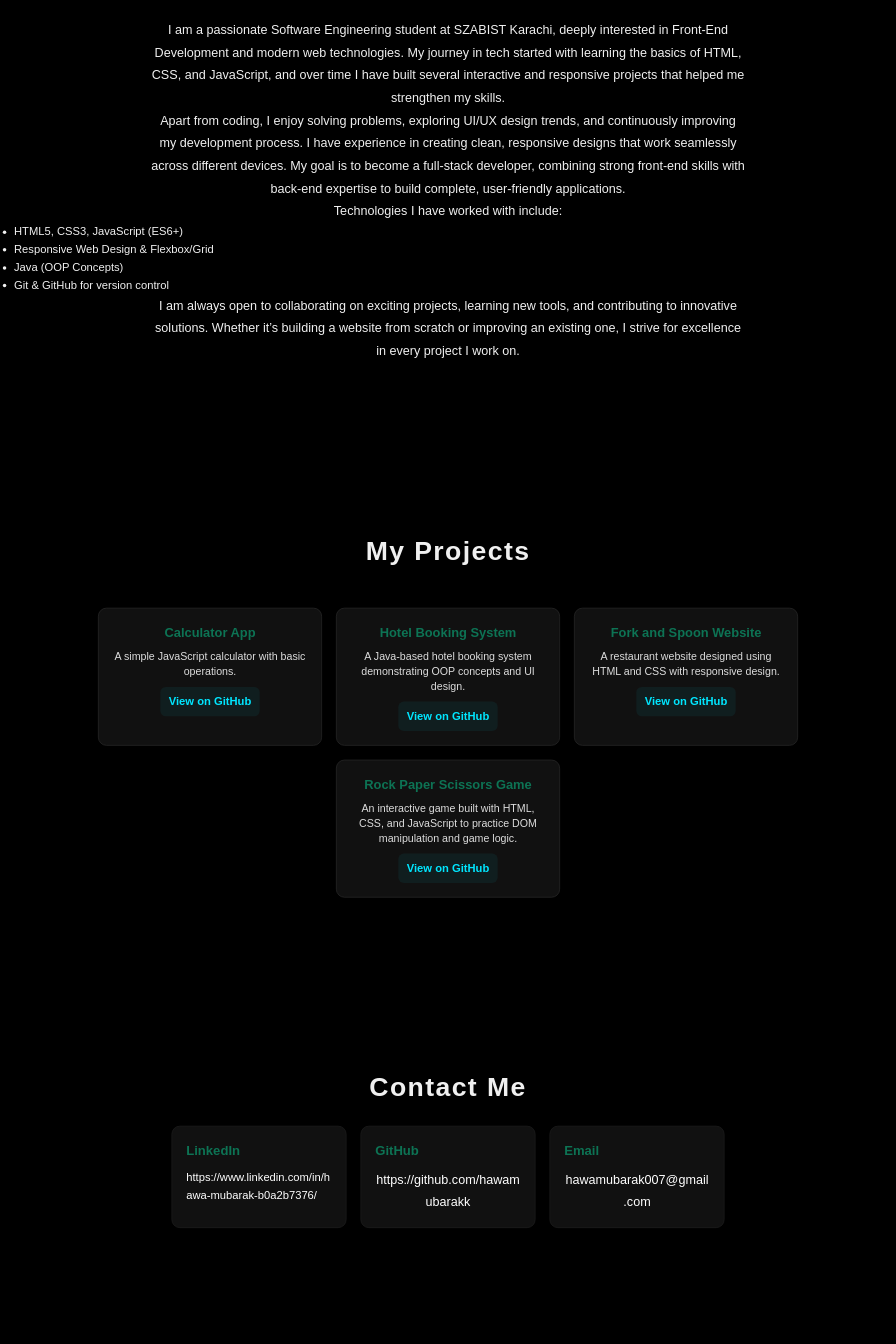
Repository: hawamubarakk/my-portfolio
Page: index.html
An editor plug-in stored every save of this project. The page is shown before and after the next save, followed by the edit.
The browser window is 1280 px wide. The pictures show the part of the page from y = 965 to 2885 px (the page is 3088 px tall before and 2991 px after), at 70% of full size.

Above is the page before, as saved 2025-08-12 18:24:14.

### index.html
<!DOCTYPE html>
<html lang="en">
<head>
    <meta charset="UTF-8">
    <meta name="viewport" content="width=device-width, initial-scale=1.0">
    <title>Hawa Mubarak - Portfolio</title>
    <link rel="stylesheet" href="css/style.css">
</head>
<body>
    <!-- Navbar -->
    <header>
        <nav>
            <ul class="navbar">
                <li><a href="#home">Home</a></li>
                <li><a href="#about">About</a></li>
                <li><a href="#projects">Projects</a></li>
                <li><a href="#contact">Contact</a></li>
            </ul>
        </nav>
    </header>

    <!-- Hero Section -->
    <section id="home" class="hero">
        <div class="hero-content">
            <h1>Welcome to My Portfolio</h1>
            <p>Hi, I'm <span>Hawa Mubarak</span> — a Software Engineering Student passionate about Front-End Development and modern web design.</p>
        </div>
    </section>

    <!-- About Section -->
    <section id="about" class="section">
        <h2>About Me</h2>
        <p>
            I am a passionate Software Engineering student at SZABIST Karachi, deeply interested in Front-End Development and modern web technologies.
            My journey in tech started with learning the basics of HTML, CSS, and JavaScript, and over time I have built several interactive and responsive projects
            that helped me strengthen my skills.
        </p>
        <p>
            Apart from coding, I enjoy solving problems, exploring UI/UX design trends, and continuously improving my development process.
            I have experience in creating clean, responsive designs that work seamlessly across different devices.
            My goal is to become a full-stack developer, combining strong front-end skills with back-end expertise to build complete, user-friendly applications.
        </p>
        <p>
            Technologies I have worked with include:
            <ul>
                <li>HTML5, CSS3, JavaScript (ES6+)</li>
                <li>Responsive Web Design & Flexbox/Grid</li>
                <li>Java (OOP Concepts)</li>
                <li>Git & GitHub for version control</li>
            </ul>
        </p>
        <p>
            I am always open to collaborating on exciting projects, learning new tools, and contributing to innovative solutions.
            Whether it’s building a website from scratch or improving an existing one, I strive for excellence in every project I work on.
        </p>
    </section>

    <!-- Projects Section -->
    <section id="projects" class="section">
        <h2 class="projects-heading">My Projects</h2>

        <div class="projects-grid">
          <div class="project">
            <h3>Calculator App</h3>
            <p>A simple JavaScript calculator with basic operations.</p>
            <a href="https://github.com/hawamubarakk/Calculator" target="_blank" rel="noopener">View on GitHub</a>
          </div>

          <div class="project">
            <h3>Hotel Booking System</h3>
            <p>A Java-based hotel booking system demonstrating OOP concepts and UI design.</p>
            <a href="https://github.com/hawamubarakk/HotelBooking-System" target="_blank" rel="noopener">View on GitHub</a>
          </div>

          <div class="project">
            <h3>Fork and Spoon Website</h3>
            <p>A restaurant website designed using HTML and CSS with responsive design.</p>
            <a href="https://github.com/hawamubarakk/fork-and-spoon" target="_blank" rel="noopener">View on GitHub</a>
          </div>

          <div class="project">
            <h3>Rock Paper Scissors Game</h3>
            <p>An interactive game built with HTML, CSS, and JavaScript to practice DOM manipulation and game logic.</p>
            <a href="https://github.com/hawamubarakk/rock-paper-scissors" target="_blank" rel="noopener">View on GitHub</a>
          </div>
        </div>
      </section>

    <!-- Contact Section -->
    <section id="contact" class="section contact-section">
        <h2>Contact Me</h2>
        <div class="contact-boxes">
            <div class="contact-box">
                <h3>LinkedIn</h3>
                <a href="https://www.linkedin.com/in/hawa-mubarak-b0a2b7376/" target="_blank" rel="noopener">https://www.linkedin.com/in/hawa-mubarak-b0a2b7376/</a>
            </div>
            <div class="contact-box">
                <h3>GitHub</h3>
                <p><a href="https://github.com/hawamubarakk" target="_blank" rel="noopener">https://github.com/hawamubarakk</a></p>
            </div>
            <div class="contact-box">
                <h3>Email</h3>
                <p><a href="mailto:hawamubarak007@gmail.com">hawamubarak007@gmail.com</a></p>
            </div>
        </div>
    </section>

</body>
</html>

### css/style.css
/* General Reset */
* {
    margin: 0;
    padding: 0;
    box-sizing: border-box;
}

body {
    font-family: Arial, sans-serif;
    background-color: black;
    color: white;
    line-height: 1.6;
}

/* Navbar */
header {
    background: linear-gradient(90deg, #0d7354, #11997a);
    position: sticky;
    top: 0;
    z-index: 1000;
    box-shadow: 0 2px 6px rgba(0, 0, 0, 0.4);
}

.navbar {
    display: flex;
    justify-content: center;
    gap: 50px;
    list-style: none;
    padding: 18px 0;
}

.navbar li a {
    color: #f0f0f0;
    font-size: 19px;
    font-weight: bold;
    text-decoration: none;
    padding: 10px 18px;
    border-radius: 6px;
    transition: all 0.3s ease;
}

.navbar li a:hover {
    background-color: white;
    color: #0d7354;
}

/* Hero Section */
.hero {
    height: 100vh;
    background: linear-gradient(rgba(0,0,0,0.7), rgba(0,0,0,0.7)), center/cover no-repeat;
    display: flex;
    justify-content: center;
    align-items: center;
    text-align: center;
    padding: 20px;
}

.hero h1 {
    font-size: 52px;
    margin-bottom: 20px;
}

.hero p {
    font-size: 21px;
}

.hero span {
    color: #0d7354;
}

/* Section Styling */
.section {
    padding: 120px 20px; /* zyada space for bigger look */
    min-height: 100vh;
    background-color: #000;
    color: #f0f0f0;
}

.section h2 {
    font-size: 38px;
    margin-bottom: 25px;
    text-align: center;
    text-transform: none;
    letter-spacing: 2px;
}

.section p {
    font-size: 18px;
    line-height: 1.8;
    max-width: 850px;
    margin: auto;
    text-align: center;
}

/* Contact & Project Boxes */
.contact-boxes, .project-boxes {
    display: flex;
    justify-content: center;
    gap: 20px;
    flex-wrap: wrap;
    margin-top: 20px;
}

.contact-box, .project-box {
    background: #111;
    padding: 20px;
    width: 250px;
    border-radius: 12px;
    border: 1px solid #1f1f1f;
    transition: transform 0.3s ease, background 0.3s ease;
}

.contact-box h3, .project-box h3 {
    margin-bottom: 10px;
    color: #0d7354;
}

.contact-box a, .project-box a {
    color: white;
    text-decoration: none;
    display: block;
    word-wrap: break-word;
}

.contact-box a:hover, .project-box a:hover {
    color: #0d7354;
}

/* Projects Grid */
.projects-grid {
    display: flex;
    flex-wrap: wrap;
    gap: 20px;
    justify-content: center;
    margin-top: 20px;
}

.project {
    background: #111;
    border: 1px solid #2a2a2a;
    width: 320px;
    padding: 20px;
    border-radius: 12px;
    box-shadow: 0 6px 18px rgba(0,0,0,0.6);
    transition: transform 0.25s ease, box-shadow 0.25s ease, background 0.25s ease;
    text-align: center;
}

.project:hover {
    transform: translateY(-8px);
    box-shadow: 0 18px 40px rgba(0,0,0,0.7);
    background: linear-gradient(180deg, #111, #1b1b1b);
}

.project h3 {
    margin: 0 0 8px 0;
    color: #0d7354;
    font-size: 1.15rem;
}

.project p {
    margin: 0 0 12px 0;
    color: #ddd;
    font-size: 0.95rem;
    line-height: 1.4;
}
.projects-heading {
    margin-bottom: 40px; /* Zyada space */
}

#projects h1 {
    margin-bottom: 30px; /* neeche ka gap */
}

#projects h2 {
    margin-bottom: 50px; /* heading se neeche ka space */
}

.project a {
    display: inline-block;
    color: #00e6ff;
    text-decoration: none;
    font-weight: 600;
    word-break: break-word;
    padding: 8px 12px;
    border-radius: 8px;
    background: rgba(0,230,255,0.06);
    transition: background 0.18s ease, color 0.18s ease;
}

.project a:hover {
    background: #00e6ff;
    color: #000;
}

.projects-grid {
    margin-top: 50px;
}



@media (max-width: 720px) {
    .project {
        width: 90%;
    }
}

After the next save:
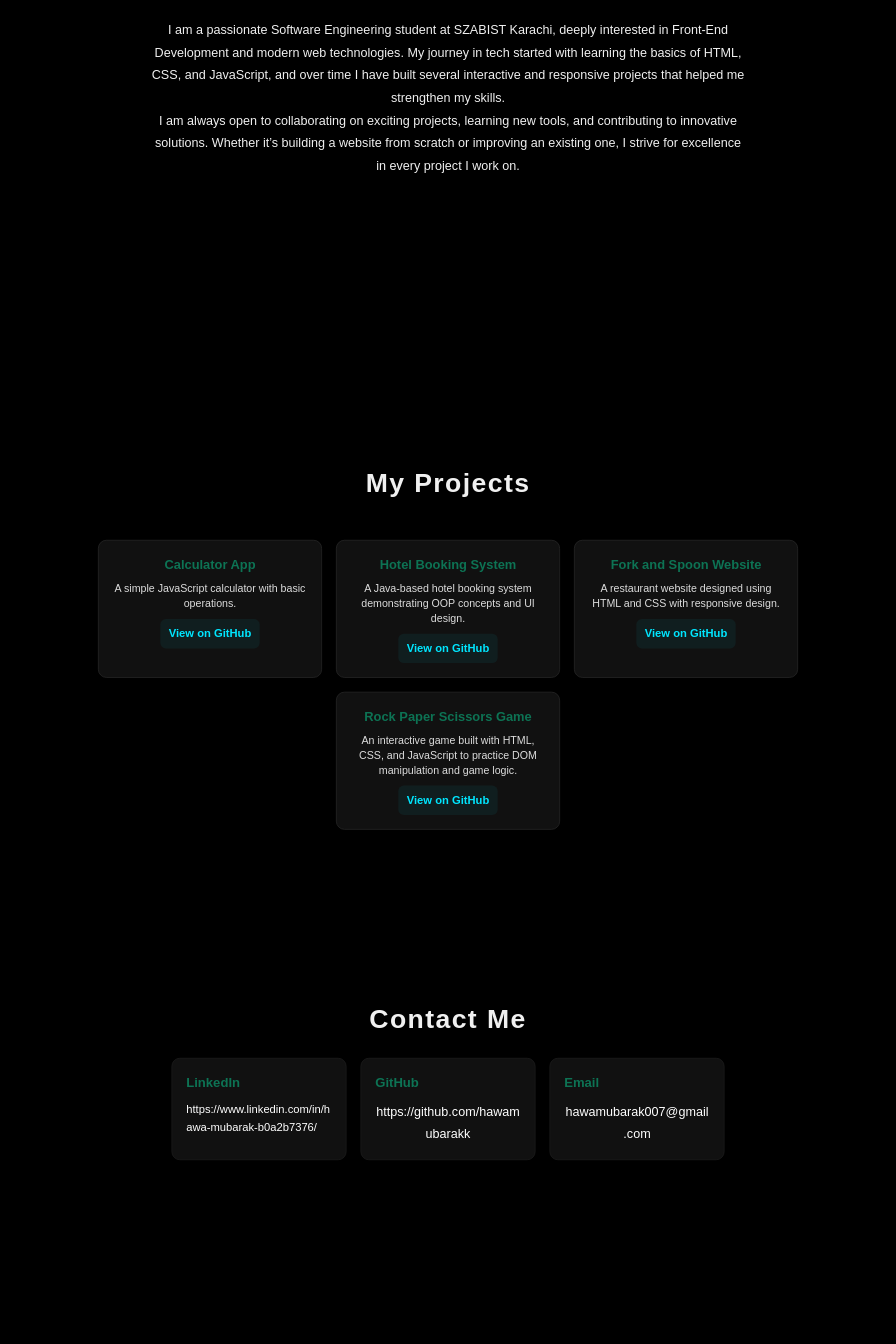
Saved 3 s later.
--- a/index.html
+++ b/index.html
@@ -35,20 +35,7 @@
             My journey in tech started with learning the basics of HTML, CSS, and JavaScript, and over time I have built several interactive and responsive projects
             that helped me strengthen my skills.
         </p>
-        <p>
-            Apart from coding, I enjoy solving problems, exploring UI/UX design trends, and continuously improving my development process.
-            I have experience in creating clean, responsive designs that work seamlessly across different devices.
-            My goal is to become a full-stack developer, combining strong front-end skills with back-end expertise to build complete, user-friendly applications.
-        </p>
-        <p>
-            Technologies I have worked with include:
-            <ul>
-                <li>HTML5, CSS3, JavaScript (ES6+)</li>
-                <li>Responsive Web Design & Flexbox/Grid</li>
-                <li>Java (OOP Concepts)</li>
-                <li>Git & GitHub for version control</li>
-            </ul>
-        </p>
+
         <p>
             I am always open to collaborating on exciting projects, learning new tools, and contributing to innovative solutions.
             Whether it’s building a website from scratch or improving an existing one, I strive for excellence in every project I work on.
